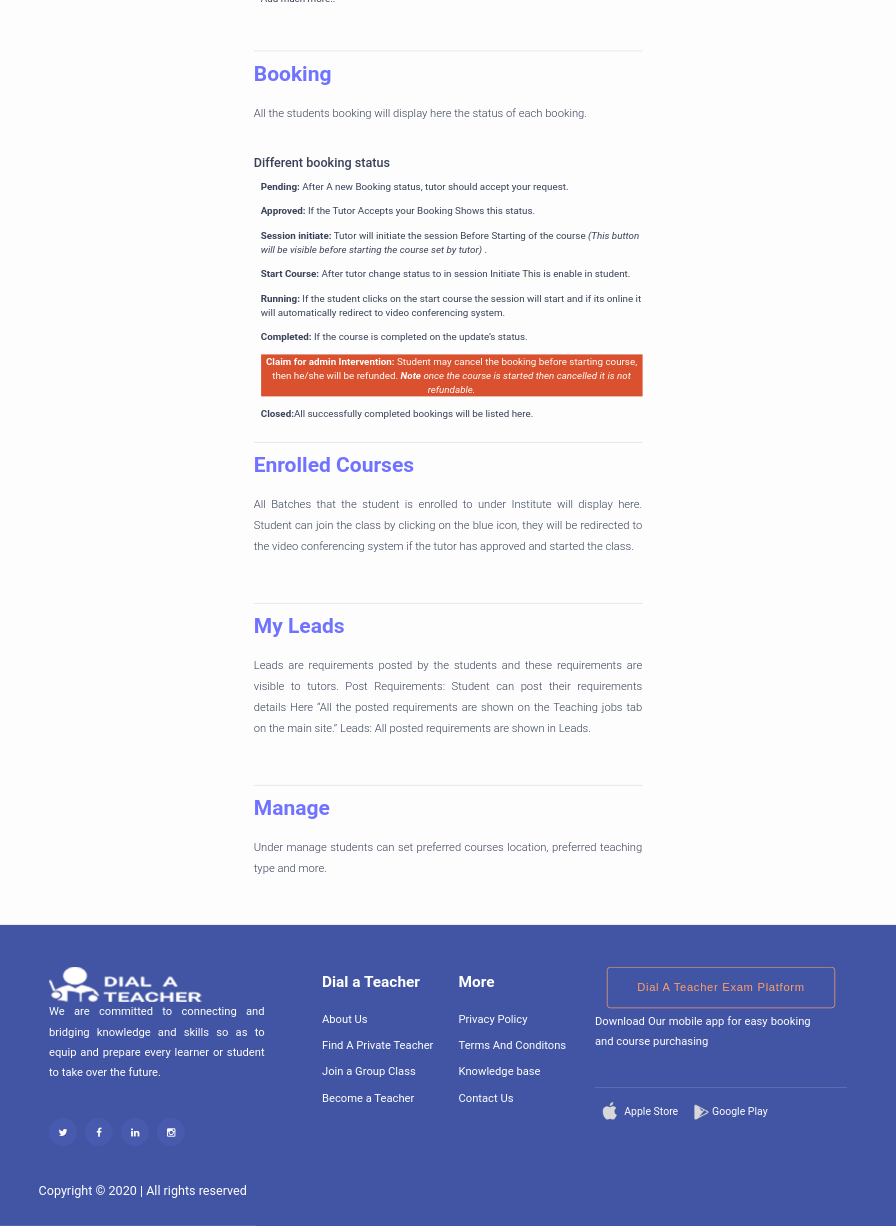
Repository: Samkiroko/DAT_knowledge
Page: details_st_db.html
These files come from the project's save history. The page is drawn as it stood at one moment and after the next save; the edit follows.
The browser window is 1280 px wide. The pictures show the part of the page from y = 1436 to 3356 px (the page is 3187 px tall before and 3356 px after), at 70% of full size.

Above is the page before, as saved 2020-12-15 09:45:31.
Console error: TypeError: e.indexOf is not a function

After the next save:
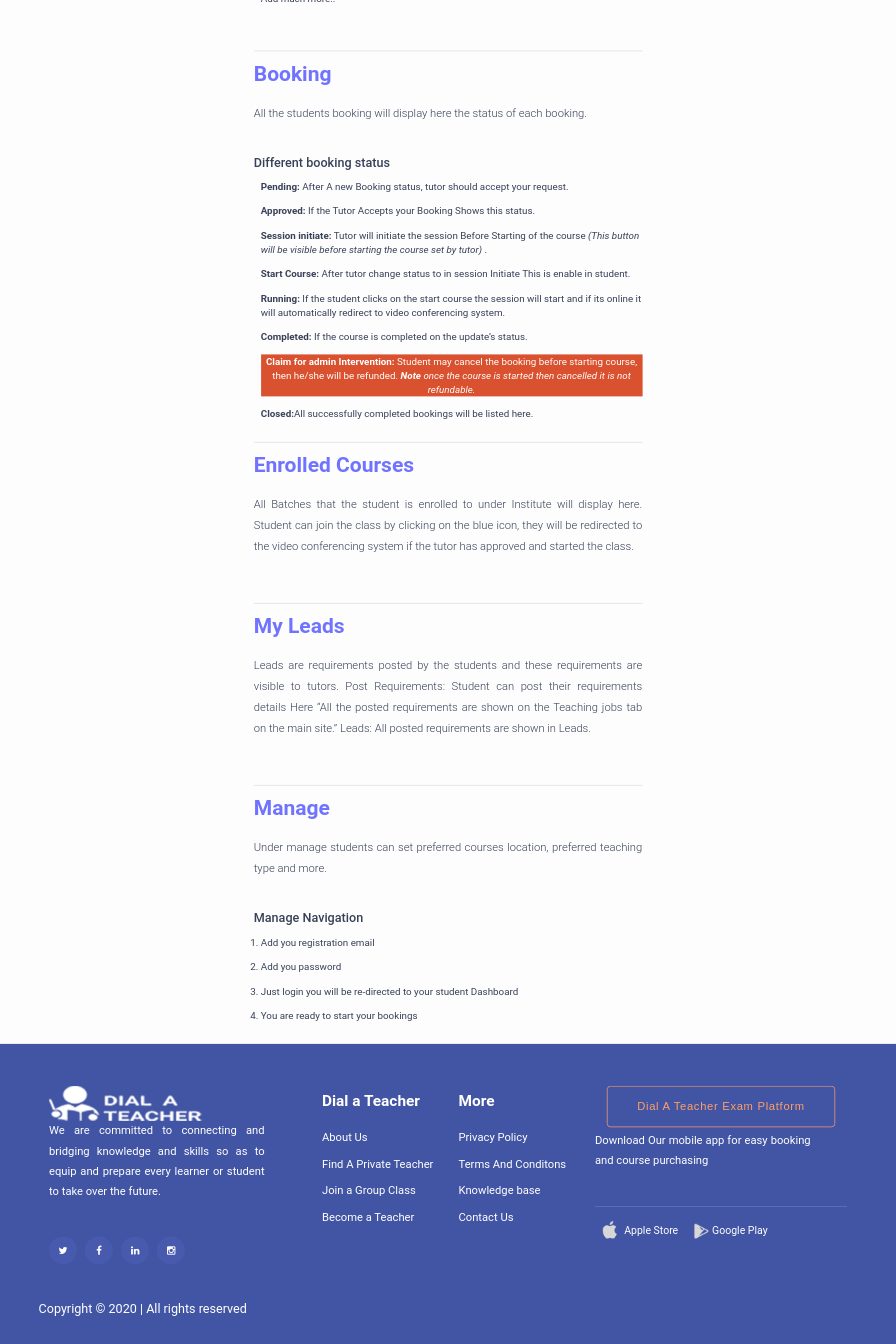
Saved 41 s later.
--- a/details_st_db.html
+++ b/details_st_db.html
@@ -237,6 +237,13 @@
                   <h2>Manage</h2>
                   <p>Under manage students can set preferred courses location, preferred teaching type and more.
                   </p>
+                  <h4>Manage Navigation</h4>
+                  <ol class="mwb-article-section__ordr-list">
+                    <li>Add you registration email</li>
+                    <li>Add you password</li>
+                    <li>Just login you will be re-directed to your student Dashboard</li>
+                    <li>You are ready to start your bookings </li>
+                  </ol>
                 </div>
               </div>
             </div>
